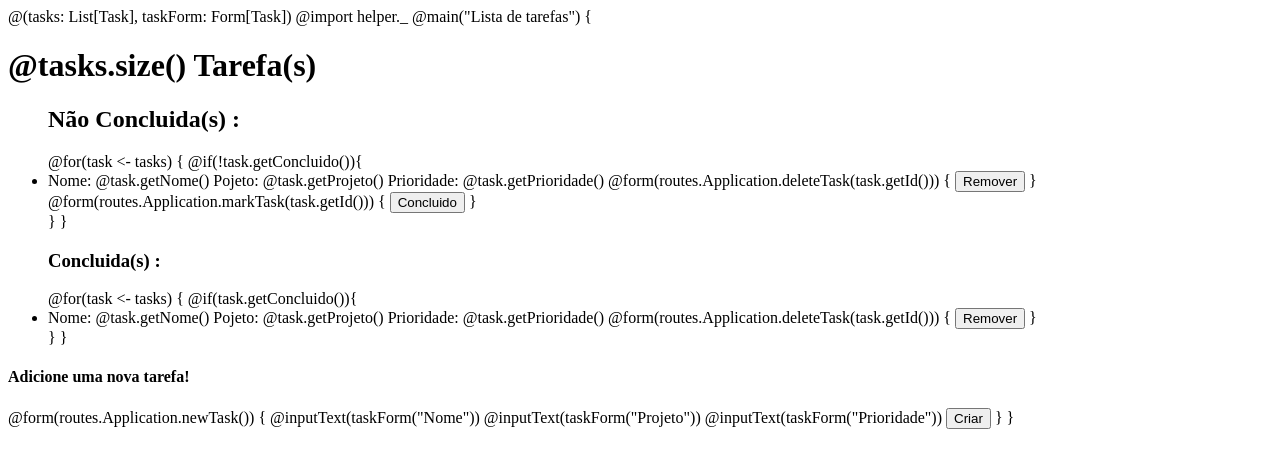
Repository: lcavalcante/si1
Page: lab2/.target/views/index.scala.html
The author's editor kept a copy of each file at every save. The page is drawn from the files as they stood at one save, then again after the next save.
The browser window is 1280 px wide. The pictures show the whole page.

Above is the page before, as saved 2013-11-27 01:29:02.

After the next save:
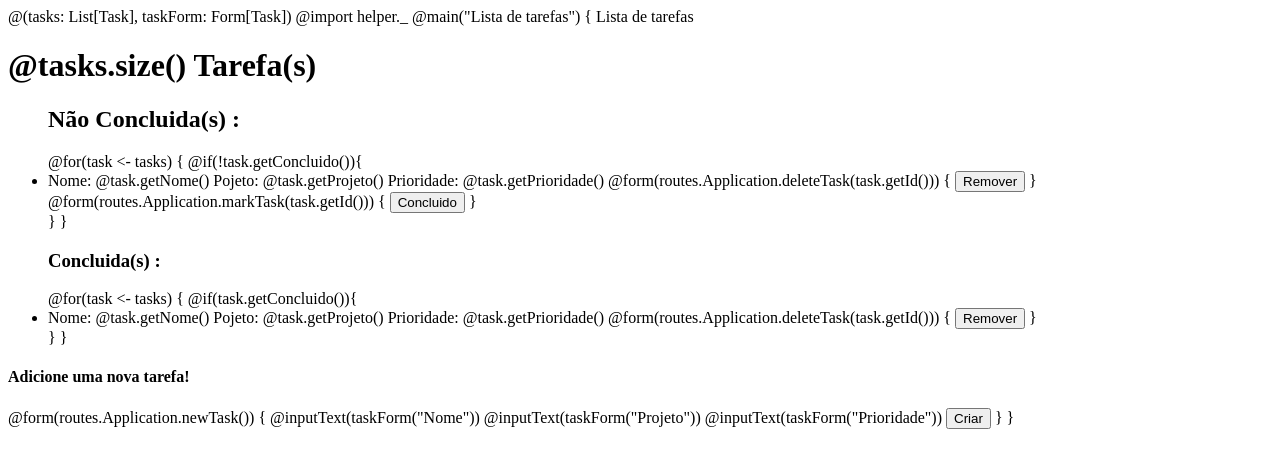
Saved 44 s later.
--- a/lab2/.target/views/index.scala.html
+++ b/lab2/.target/views/index.scala.html
@@ -3,6 +3,9 @@
 @import helper._
 
 @main("Lista de tarefas") {
+
+
+    <h0> Lista de tarefas </h0>
 
     <h1>@tasks.size() Tarefa(s)</h1>
 
